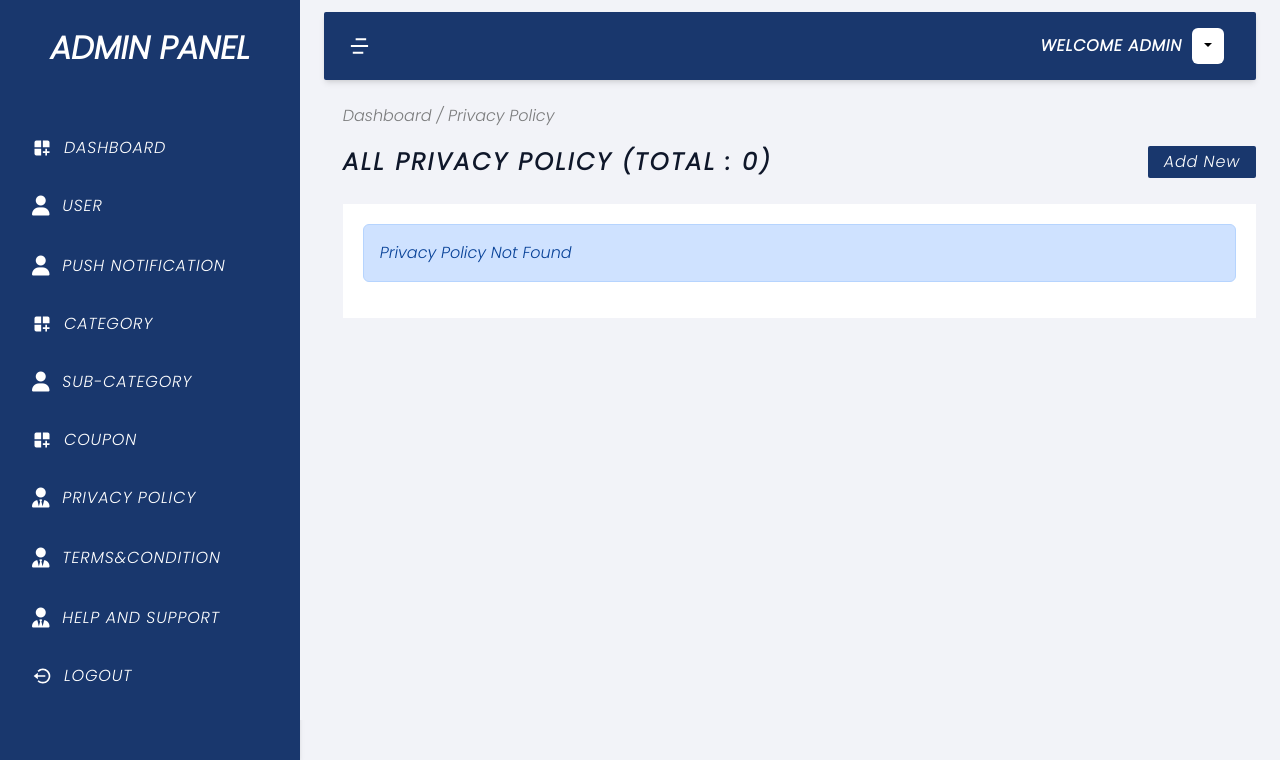
Repository: arpanmalik/project-khanna
Page: /privacy
An editor plug-in stored every save of this project. The page is shown before and after the next save, followed by the edit.
The browser window is 1280 px wide. The pictures show the whole page.
The page's requests for data from a server got no answer. Some web libraries are served in a nearby version. The project was rebuilt for these pictures with package versions that can differ from the ones it lists, and the page was loaded fresh each time. No one was signed in, and anything a server would have sent is missing. Also part of the build but not shown: src/E-CommerceAdmin/forms/Login.jsx, src/E-CommerceAdmin/pages/Dashboard.jsx, src/E-CommerceAdmin/pages/ECategory.js, src/E-CommerceAdmin/pages/EProduct.js, src/E-CommerceAdmin/pages/EVendorList.js, src/E-CommerceAdmin/pages/EAdminOrders.js, src/E-CommerceAdmin/pages/EAdminProduct.js, src/E-CommerceAdmin/pages/EAdminDelivery.js and 11 more. Imported but missing from the stored project, and not drawn on this page: src/E-CommerceAdmin/pages/Component/SpinnerComp, src/E-CommerceVendor/forms/EVendorLogin, src/E-CommerceVendor/pages/EVCategory, src/E-CommerceVendor/pages/EVCoupon, src/E-CommerceVendor/pages/EVDashboard, src/E-CommerceVendor/pages/EVOrders, src/E-CommerceVendor/pages/EVProduct, src/E-CommerceVendor/pages/EVSubCategory.

Above is the page before, as saved 2023-05-16 16:04:41.

### public/index.html
<!-- @format -->

<!DOCTYPE html>
<html lang="en">
  <head>
    <meta charset="utf-8" />
    <meta name="viewport" content="width=device-width, initial-scale=1" />
    <meta name="theme-color" content="#000000" />
    <meta
      name="description"
      content="Web site created using create-react-app"
    />
    <link rel="manifest" href="%PUBLIC_URL%/manifest.json" />
    <link rel="preconnect" href="https://fonts.googleapis.com">
<link rel="preconnect" href="https://fonts.gstatic.com" crossorigin>
<link href="https://fonts.googleapis.com/css2?family=Roboto+Mono:ital,wght@1,300&display=swap" rel="stylesheet">
    <title>Admin Panel</title>
  </head>
  <body>
    <noscript>You need to enable JavaScript to run this app.</noscript>
    <div id="root"></div>
    <script src="https://code.jquery.com/jquery-3.6.0.min.js"></script>
    <script src="https://kit.fontawesome.com/b533b351e4.js" crossorigin="anonymous"></script>
  </body>
</html>

### src/E-CommerceAdmin/pages/PrivacyPolicy.js
/** @format */

import React, { useEffect, useState } from "react";
import HOC from "../layout/HOC";
import {
  Table,
  Modal,
  Form,
  Button,
  FloatingLabel,
  Alert,
} from "react-bootstrap";
import axios from "axios";
import { toast } from "react-toastify";

const PrivacyPolicy = () => {
  const [modalShow, setModalShow] = React.useState(false);
  const [data, setData] = useState([]);

  // Pagination and Filter
  const [query, setQuery] = useState("");
  const [currentPage2, setCurrentPage2] = useState(1);
  const [postPerPage2] = useState(10);
  const lastPostIndex2 = currentPage2 * postPerPage2;
  const firstPostIndex2 = lastPostIndex2 - postPerPage2;

  let pages2 = [];

  const TotolData = query
    ? data?.filter(
        (i) =>
          i?.Privacy?.toLowerCase().includes(query?.toLowerCase())
      )
    : data;

  useEffect(() => {
    if (query) {
      setCurrentPage2(1);
    }
  }, [query]);

  const slicedData = TotolData?.slice(firstPostIndex2, lastPostIndex2);

  for (let i = 1; i <= Math.ceil(TotolData?.length / postPerPage2); i++) {
    pages2.push(i);
  }

  function Next() {
    setCurrentPage2(currentPage2 + 1);
  }

  function Prev() {
    if (currentPage2 !== 1) {
      setCurrentPage2(currentPage2 - 1);
    }
  }

  const fetchData = async () => {
    try {
      const { data } = await axios.get(
        "http://ec2-65-1-248-95.ap-south-1.compute.amazonaws.com:8886/api/privacy"
      );
      setData(data.privacy);
    } catch (e) {
      console.log(e);
    }
  };

  useEffect(() => {
    fetchData();
    window.scrollTo(0, 0);
  }, []);

  function MyVerticallyCenteredModal(props) {
    const [Privacy, setPrivacy] = useState("");

    const postHandler = async (e) => {
      e.preventDefault();
      try {
        const { data } = await axios.post(
          "http://ec2-65-1-248-95.ap-south-1.compute.amazonaws.com:8886/api/privacy/",
          { Privacy }
        );
        toast.success(data.message);
        fetchData();
        props.onHide();
      } catch (e) {
        console.log(e);
      }
    };

    return (
      <Modal
        {...props}
        size="lg"
        aria-labelledby="contained-modal-title-vcenter"
        centered
      >
        <Modal.Header closeButton>
          <Modal.Title id="contained-modal-title-vcenter">
            {" "}
            Add Privacy Policy
          </Modal.Title>
        </Modal.Header>
        <Modal.Body>
          <Form onSubmit={postHandler}>
            <Form.Group className="mb-3">
              <FloatingLabel
                controlId="floatingTextarea2"
                label="Privacy Policy"
              >
                <Form.Control
                  as="textarea"
                  onChange={(e) => setPrivacy(e.target.value)}
                  placeholder="Leave a comment here"
                />
              </FloatingLabel>
            </Form.Group>
            <Button
              style={{ backgroundColor: "#19376d", borderRadius: "0" }}
              type="submit"
            >
              Submit
            </Button>
          </Form>
        </Modal.Body>
      </Modal>
    );
  }

  const deleteHandler = async (id) => {
    try {
      const { data } = await axios.delete(
        `http://ec2-65-1-248-95.ap-south-1.compute.amazonaws.com:8886/api/privacy/${id}`
      );
      toast.success(data.message);
      fetchData();
    } catch (e) {
      console.log(e);
    }
  };

  return (
    <>
      <MyVerticallyCenteredModal
        show={modalShow}
        onHide={() => setModalShow(false)}
      />

      <section>
        <p className="headP">Dashboard / Privacy Policy</p>
        <div
          className="pb-4 sticky top-0  w-full flex justify-between items-center"
          style={{ width: "98%", marginLeft: "2%" }}
        >
          <span
            className="tracking-widest text-slate-900 font-semibold uppercase"
            style={{ fontSize: "1.5rem" }}
          >
            All Privacy Policy (Total : {data?.length})
          </span>
          <button
            onClick={() => {
              setModalShow(true);
            }}
            className="md:py-2 px-3 md:px-4 py-1 rounded-sm bg-[#19376d] text-white tracking-wider"
          >
            Add New
          </button>
        </div>

        <section className="sectionCont">
          {data?.length === 0 || !data ? (
            <Alert>Privacy Policy Not Found</Alert>
          ) : (
            <>
              {/* Filter */}
              <div className="filterBox">
                <img
                  src="https://t4.ftcdn.net/jpg/01/41/97/61/360_F_141976137_kQrdYIvfn3e0RT1EWbZOmQciOKLMgCwG.jpg"
                  alt=""
                />
                <input
                  type="search"
                  placeholder="Start typing to search   "
                  onChange={(e) => setQuery(e.target.value)}
                />
              </div>

              <div className="overFlowCont">
                <Table>
                  <thead>
                    <tr>
                      <th>Privacy Policy.</th>
                      <th>Options</th>
                    </tr>
                  </thead>
                  <tbody>
                    {slicedData?.map((i, index) => (
                      <tr key={index}>
                        <td>{i.Privacy}</td>
                        <td>
                          <i
                            className="fa-sharp fa-solid fa-trash"
                            onClick={() => deleteHandler(i._id)}
                          ></i>
                        </td>
                      </tr>
                    ))}
                  </tbody>
                </Table>
                {/* Pagination */}
                <div className="pagination">
                  <button onClick={() => Prev()} className="prevBtn">
                    <i className="fa-solid fa-backward"></i>
                  </button>
                  {currentPage2 === 1 ? (
                    ""
                  ) : (
                    <button onClick={() => setCurrentPage2(1)}>1</button>
                  )}

                  {pages2
                    ?.slice(currentPage2 - 1, currentPage2 + 3)
                    .map((i, index) =>
                      i === pages2?.length ? (
                        ""
                      ) : (
                        <button
                          key={index}
                          onClick={() => setCurrentPage2(i)}
                          className={currentPage2 === i ? "activePage" : ""}
                        >
                          {" "}
                          {i}{" "}
                        </button>
                      )
                    )}

                  <button
                    onClick={() => setCurrentPage2(pages2?.length)}
                    className={
                      currentPage2 === pages2?.length ? "activePage" : ""
                    }
                  >
                    {" "}
                    {pages2?.length}{" "}
                  </button>

                  {currentPage2 === pages2?.length ? (
                    ""
                  ) : (
                    <button onClick={() => Next()} className="nextBtn">
                      {" "}
                      <i className="fa-sharp fa-solid fa-forward"></i>
                    </button>
                  )}
                </div>
              </div>
            </>
          )}
        </section>
      </section>
    </>
  );
};

export default HOC(PrivacyPolicy);

### src/E-CommerceAdmin/layout/HOC.jsx
/** @format */

import React, { useState } from "react";
import Navbar from "./Navbar";
import Sidebar from "./Sidebar";

const HOC = (Wcomponenet) => {
  return function Component() {
    const [hamb, setHamb] = useState(false);
    return (
      <>
        <section
          className="flex overflow-x-hidden relative "
          style={{ backgroundColor: "#f2f3f8" }}
        >
          {/* Sidebar */}
          <div
            className={
              hamb
                ? " absolute top-0 z-30 md:w-auto shadow-md bg-slate-200  w-60 transition-all md:-left-full left duration-150  h-auto overflow-y-auto  left-0 "
                : " md:w-72 z-30 bg-slate-200  shadow-md  md:static absolute top-0 -left-full   transition-all duration-150  overflow-y-auto h-auto"
            }
            style={{ minWidth: "300px" }}
          >
            <Sidebar hamb={hamb} setHamb={setHamb} />
          </div>
          {/* Components & Navbar */}
          <div
            className={
              hamb
                ? " transition-all px-4 py-2  duration-150 w-full h-screen"
                : " w-full h-screen  px-4 py-2   z-50 transition-all duration-150 "
            }
            style={{ backgroundColor: "#f2f3f8" }}
          >
            <Navbar hamb={hamb} setHamb={setHamb} />
            <div className="my-6 text-#000 h-[87%] wcomp overflow-y-auto">
              {" "}
              <Wcomponenet />
            </div>
          </div>
        </section>
      </>
    );
  };
};

export default HOC;

### src/E-CommerceAdmin/layout/Navbar.jsx
/** @format */
import { RiMenu4Line } from "react-icons/ri";
import Dropdown from "react-bootstrap/Dropdown";
import { UpdateProfile } from "../../Modals";
import { useState } from "react";
import { useNavigate } from "react-router-dom";
import { toast } from "react-toastify";

const Navbar = ({ hamb, setHamb }) => {
  const [modalShow, setModalShow] = useState(false);
  const navigate = useNavigate();

  function LogOut () {
    navigate('/')
    toast.success("Logged Out")
  }

  return (
    <>
      <UpdateProfile show={modalShow} onHide={() => setModalShow(false)} />
      <div
        className={
          hamb
            ? "flex  w-full justify-between  my-1 rounded-sm  p-4 py-3 shadow-md items-center  bg-slate-200 space-x-4"
            : "flex  w-full justify-between my-1 rounded-sm  p-4 py-3 shadow-md items-center  bg-slate-200 space-x-4"
        }
        style={{ backgroundColor: "#19376d" }}
      >
        <RiMenu4Line
          onClick={() => setHamb(!hamb)}
          className="text-2xl font-bold text-gray-900 hover:scale-90 cursor-pointer"
          style={{ color: "#fff" }}
        />

        <section className="flex sm:ml-auto justify-end sm:w-full items-center space-x-2  pr-2">
          <figcaption
            className="tracking-wider pl-1 font-semibold d-flex"
            style={{ gap: "10px", alignItems: "center" }}
          >
            <div
              className="lg:text-base text-sm text-gray-900  uppercase"
              style={{ color: "#fff" }}
            >
              Welcome Admin
            </div>
            <Dropdown>
              <Dropdown.Toggle id="dropdown-basic"></Dropdown.Toggle>

              <Dropdown.Menu>
                <Dropdown.Item onClick={() => setModalShow(true)}>
                  Update Profile <i className="fa-solid fa-user"></i>{" "}
                </Dropdown.Item>
                <Dropdown.Item onClick={() => LogOut()} >
                  Logout <i className="fa-solid fa-right-from-bracket"></i>{" "}
                </Dropdown.Item>
              </Dropdown.Menu>
            </Dropdown>
          </figcaption>
        </section>
      </div>
    </>
  );
};

export default Navbar;

### src/E-CommerceAdmin/layout/Sidebar.jsx
/** @format */

import React from "react";
import { RiCloseLine } from "react-icons/ri";
import { Link, useNavigate } from "react-router-dom";
import { BiLogOutCircle } from "react-icons/bi";
import { MdDashboardCustomize } from "react-icons/md";

const Sidebar = ({ hamb, setHamb }) => {
  const navigate = useNavigate();

  const nav = [
    {
      icon: <MdDashboardCustomize className="text-xl mr-3 rounded-full " />,
      link: "/dashboard ",
      name: "Dashboard",
    },
    {
      icon: <i className="fa-solid fa-user text-xl mr-3 rounded-full"></i>,
      link: "/Admin",
      name: "User",
    },
    {
      icon: <i className="fa-solid fa-user text-xl mr-3 rounded-full"></i>,
      link: "/pushNotification",
      name: "Push Notification",
    },  {
      icon: <MdDashboardCustomize className="text-xl mr-3 rounded-full " />,
      link: "/Category",
      name: "Category",
    },

    {
      icon: <i className="fa-solid fa-user text-xl mr-3 rounded-full"></i>,
      link: "/sub-category",
      name: "Sub-Category",
    },

    {
      icon: <MdDashboardCustomize className="text-xl mr-3 rounded-full " />,
      link: "/coupon",
      name: "Coupon",
    },
    // {
    //   icon: (
    //     <i className="fa-brands fa-product-hunt text-xl mr-3 rounded-full"></i>
    //   ),
    //   link: "/Product",
    //   name: "Products",
    // },






    // {
    //   icon: <MdDashboardCustomize className="text-xl mr-3 rounded-full " />,
    //   link: "/getMeThis",
    //   name: "Get Me This",
    // },
    // {
    //   icon: <i className="fa-solid fa-truck  text-xl mr-3 rounded-full"></i>,
    //   link: "/Support",
    //   name: "Suppport",
    // },
    // {
    //   icon: (
    //     <i className="fa-solid fa-cart-shopping text-xl mr-3 rounded-full"></i>
    //   ),
    //   link: "/Orders",
    //   name: "Orders Management",
    // },

    {
      icon: <i className="fa-solid fa-user-tie text-xl mr-3 rounded-full"></i>,
      link: "/privacy",
      name: "Privacy Policy",
    },
    {
      icon: <i className="fa-solid fa-user-tie text-xl mr-3 rounded-full"></i>,
      link: "/terms",
      name: "Terms&Condition",
    },
    // {
    //   icon: <i className="fa-solid fa-user-tie text-xl mr-3 rounded-full"></i>,
    //   link: "/helpSupport",
    //   name: "Help and Support",
    // },
    {
      icon: <i className="fa-solid fa-user-tie text-xl mr-3 rounded-full"></i>,
      link: "/complaints",
      name: "Help and Support",
    },
  ];

  const logOut = () => {
    localStorage.clear()
    navigate("/");
  };

  return (
    <>
      <aside
        className="p-4 h-auto"
        style={{ backgroundColor: "#19376d", minHeight: "100vh" }}
      >
        {/* Top */}
        <div className="w-full md:hidden relative  p-2 mb-4">
          <RiCloseLine
            onClick={() => setHamb(!hamb)}
            className="text-3xl  absolute top-2 sm:hover:rotate-[228deg] transition-transform font-bold right-2 sm:hover:text-[22px] text-[rgb(241,146,46)] cursor-pointer"
          />
        </div>{" "}
        <figure className="flex  flex-col items-center">
          <span
            className="font-bold text-[#fff]"
            style={{
              fontSize: "2rem",
              textAlign: "center",
              textTransform: "uppercase",
            }}
          >
            {" "}
            ADMIN PANEL
          </span>
        </figure>
        <nav className="py-6">
          {nav.map((nav) => {
            return (
              <Link
                to={nav.link}
                key={nav.name}
                className=""
                style={{ textDecoration: "none", textTransform: "uppercase" }}
              >
                <span
                  className="flex my-3 items-center cursor-pointer text-gray-900    tracking-wider p-2 rounded-sm"
                  style={{ color: "#FFF" }}
                >
                  {nav.icon} {nav.name}
                </span>
              </Link>
            );
          })}
          <span
            className="flex my-3 items-center cursor-pointer text-gray-900    tracking-wider p-2 rounded-sm"
            onClick={() => logOut()}
            style={{ color: "#FFF", textTransform: "uppercase" }}
          >
            <BiLogOutCircle className="text-xl mr-3 rounded-full " /> LogOut
          </span>
        </nav>
      </aside>
    </>
  );
};

export default Sidebar;

Loaded but not shown: tailwind.config.js (common file); src/App.js (92 lines, source omitted); src/Modals.js (41 lines, source omitted); src/index.js (15 lines, source omitted); src/index.css (504 lines, source omitted)

After the next save:
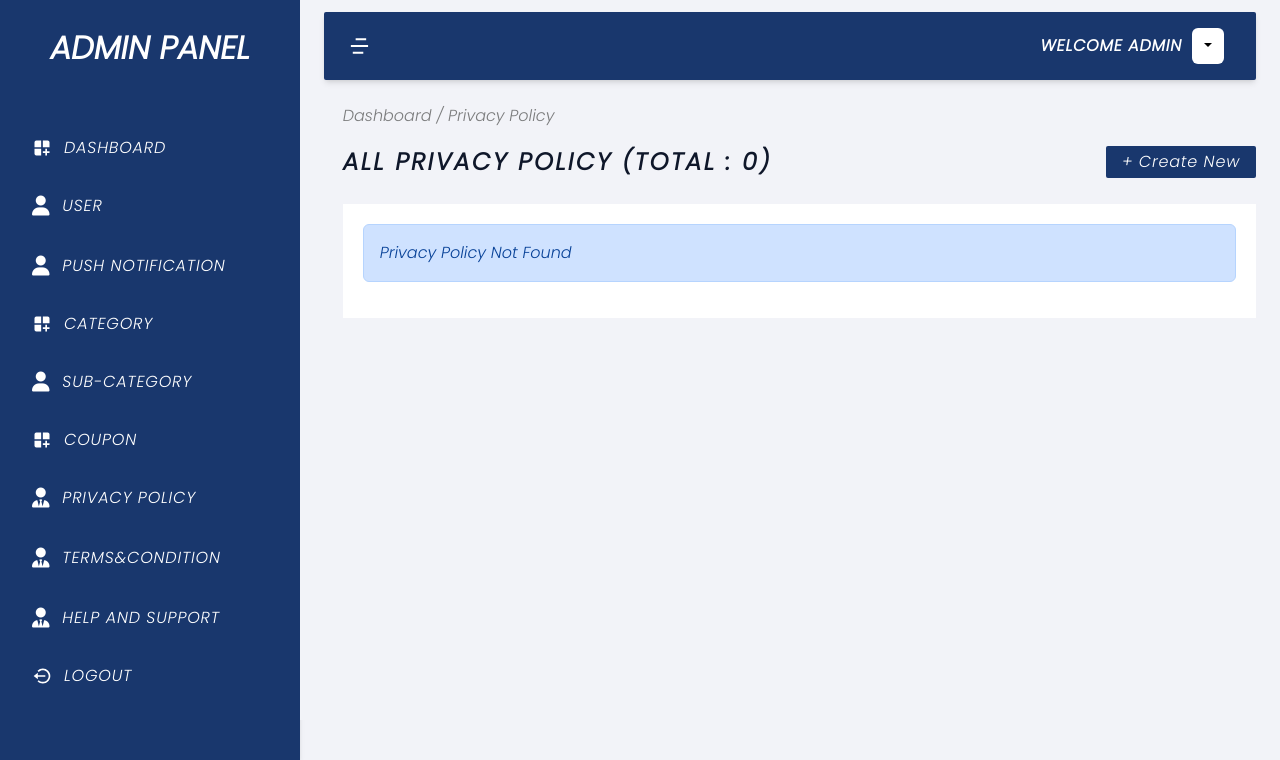
Saved 22 s later.
--- a/src/E-CommerceAdmin/pages/PrivacyPolicy.js
+++ b/src/E-CommerceAdmin/pages/PrivacyPolicy.js
@@ -165,7 +165,7 @@ const PrivacyPolicy = () => {
             }}
             className="md:py-2 px-3 md:px-4 py-1 rounded-sm bg-[#19376d] text-white tracking-wider"
           >
-            Add New
+            + Create New
           </button>
         </div>
 
